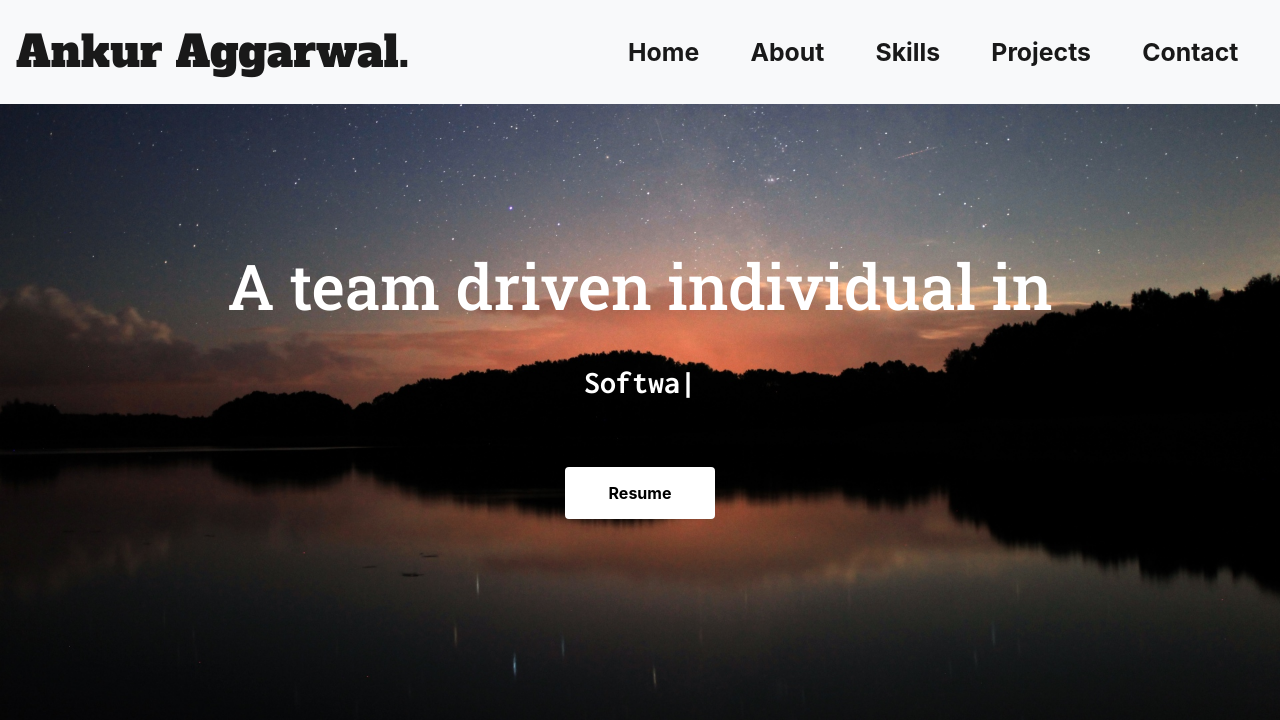
Repository: AnkurDevv/PersonalWebsite
Page: index.html
The author's editor kept a copy of each file at every save. The page is drawn from the files as they stood at one save, then again after the next save.
The browser window is 1280 px wide. The pictures show the whole page.
The pointer rests on the first visible `#ResumeBtn`.
Some web fonts or font styles are not loaded; a fallback is used.

Above is the page before, as saved 2020-09-13 15:27:16.

After the next save:
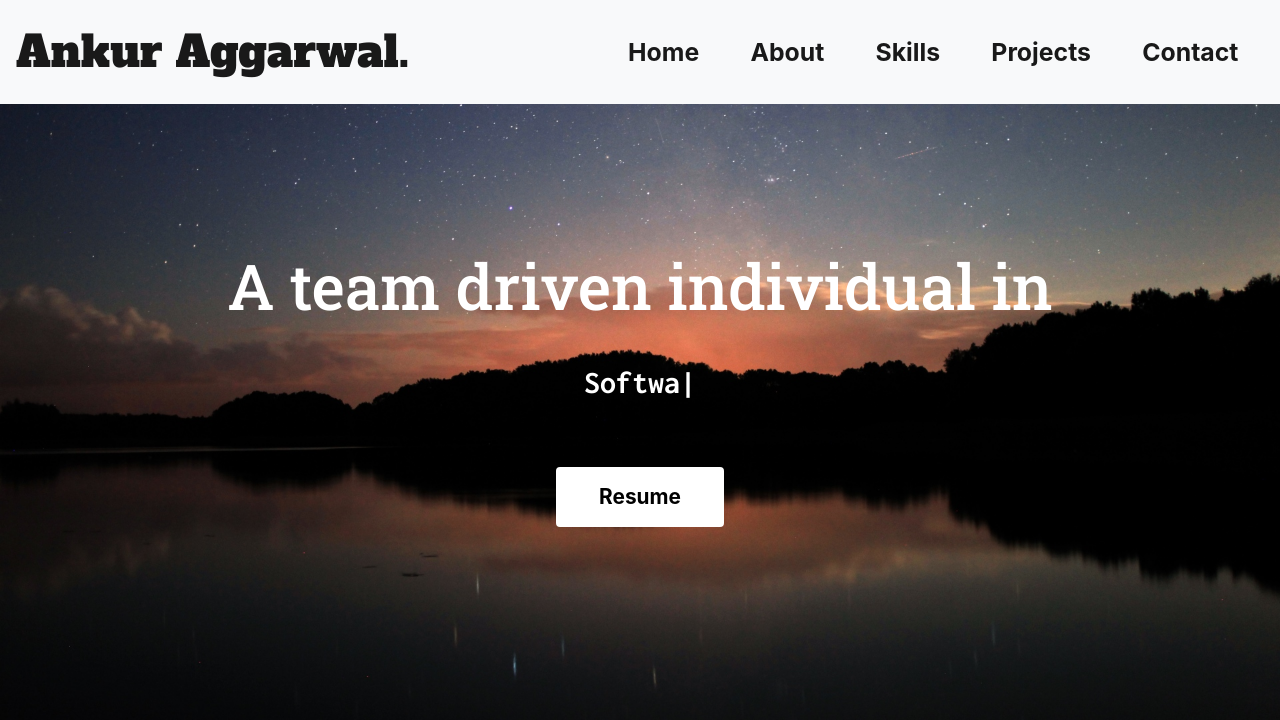
Saved 106 s later.
--- a/style/index.css
+++ b/style/index.css
@@ -84,6 +84,7 @@ header{
   background-color: white;
   color: black;
   font-weight: 700;
+  font-size: 130%;
 }
 
 @media only screen and (max-width: 600px) {
